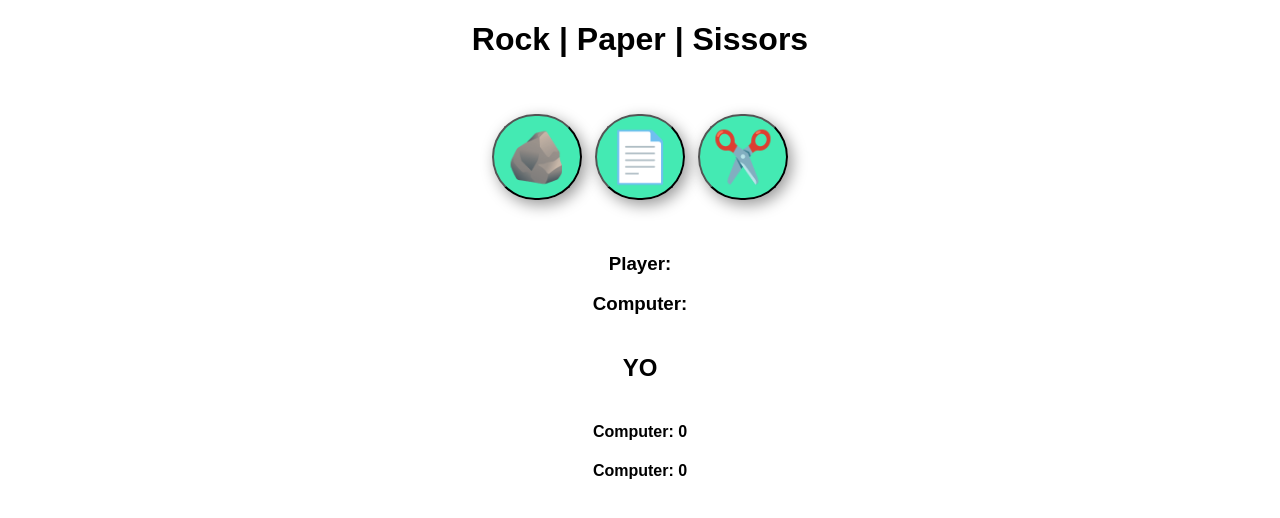
Repository: SakthivelDurai47/Rock-Paper-Sissors
Page: index.html
An editor plug-in stored every save of this project. The page is shown before and after the next save, followed by the edit.
The browser window is 1280 px wide. The pictures show the whole page.

Above is the page before, as saved 2025-04-14 22:15:45.

### index.html
<!DOCTYPE html>
<html lang="en">
  <head>
    <meta charset="UTF-8" />
    <meta name="viewport" content="width=device-width, initial-scale=1.0" />
    <title>Rock, Paper, Scissor</title>
    <meta name="aurthor" content="Sakthivel Durai S" />
    <link rel="stylesheet" href="styles.css" />
  </head>
  <body>
    <h1>Rock | Paper | Sissors</h1>
    <div id="choice">
      <button onclick="playGame('Rock')">🪨</button>
      <button onclick="playGame('Paper')">📄</button>
      <button onclick="playGame('Scissor')">✂️</button>
    </div>
    <div id="info">
      <h3>Player:</h3>
      <h3>Computer:</h3>
    </div>
    <h2 id="result">YO</h2>
    <div id="scores">
      <h4>Computer: <span id="scorePlr">0</span></h4>
      <h4>Computer: <span id="scoreCum">0</span></h4>
    </div>
    <script src="index.js"></script>
  </body>
</html>

### styles.css
body {
  margin: 0;
  font-family: Arial, sans-serif;
  display: flex;
  flex-direction: column;
  align-items: center;
  text-align: center;
}
#choice {
  margin: 30px;
}
button {
  border-radius: 300px;
  font-size: 50px;
  padding: 12px;
  margin: 4px;
  background-color: hsla(160, 80%, 55%, 0.9);
  box-shadow: 4px 5px 15px rgba(0, 3, 3, 0.4);
  transition: background-color 0.5s ease;
}
button:hover {
  background-color: turquoise;
}

Loaded but not shown: index.js (no copy from this time; the picture is the same without it)

After the next save:
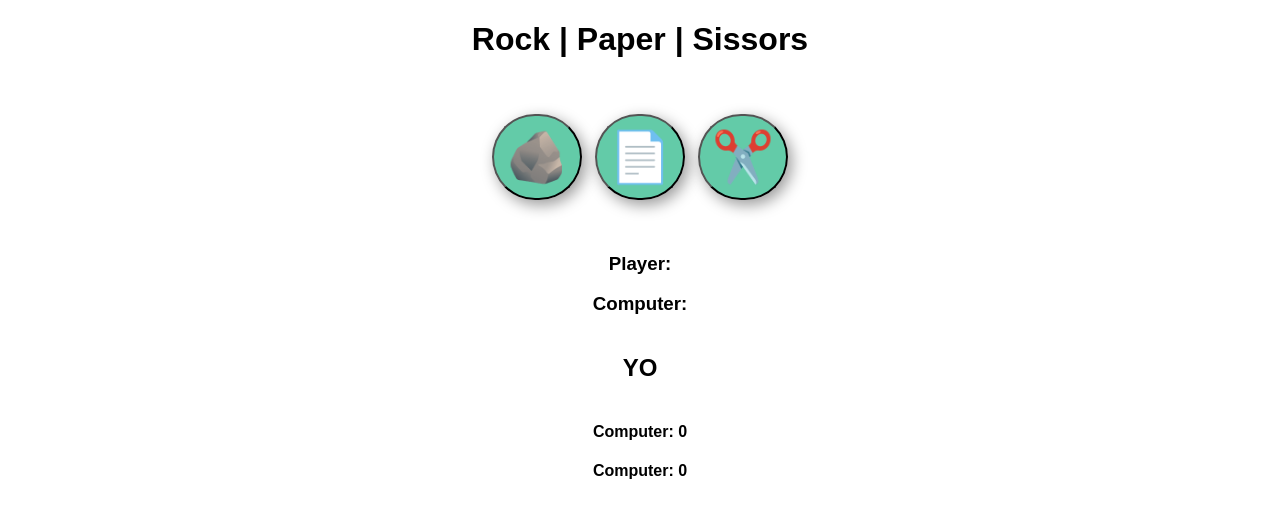
Saved 16 s later.
--- a/styles.css
+++ b/styles.css
@@ -14,7 +14,7 @@ button {
   font-size: 50px;
   padding: 12px;
   margin: 4px;
-  background-color: hsla(160, 80%, 55%, 0.9);
+  background-color: hsla(160, 50%, 55%, 0.9);
   box-shadow: 4px 5px 15px rgba(0, 3, 3, 0.4);
   transition: background-color 0.5s ease;
 }
